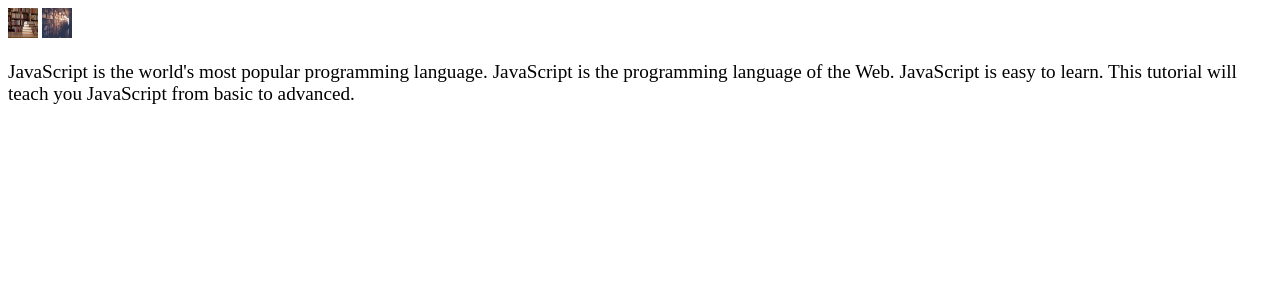
Repository: venkatesakki/JavaDeveloper
Page: javascript_example/src/main/webapp/dom_parsing.html
These files come from the project's save history. The page is drawn as it stood at one moment and after the next save; the edit follows.
The browser window is 1280 px wide. The pictures show the whole page.
After loading, the first visible `#increment` was clicked once.

Above is the page before, as saved 2022-06-28 12:19:27.

After the next save:
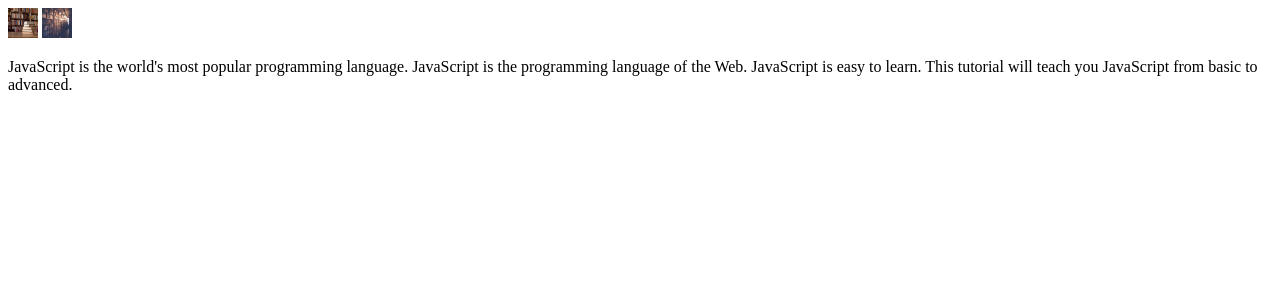
Console error: ReferenceError: font is not defined
Saved 87 s later.
--- a/javascript_example/src/main/webapp/scripts/domparsing.js
+++ b/javascript_example/src/main/webapp/scripts/domparsing.js
@@ -5,8 +5,9 @@
 
 	var para=document.getElementById("firstPara");
 
-	para.setAttribute("class","fontSizeUp");
-	//para.setAttribute("style","font-size:"+'10px');
+	//para.setAttribute("class","fontSizeUp");
+	para.setAttribute("style","font-size:"+font+'px');
+	font++;
 
 
 }

After the 2 saves that followed:
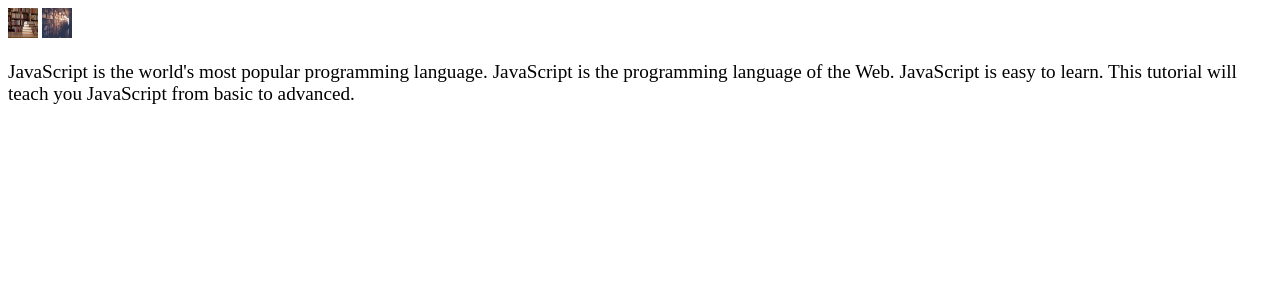
The error is gone.
The 2 saves are shown as one change because 1 left the picture as it was.
The last was saved 68 s later.
--- a/javascript_example/src/main/webapp/scripts/domparsing.js
+++ b/javascript_example/src/main/webapp/scripts/domparsing.js
@@ -1,12 +1,13 @@
 /**
  *
  */
+
 function incFontSize(){
 
 	var para=document.getElementById("firstPara");
-
+	var font=1.2;
 	//para.setAttribute("class","fontSizeUp");
-	para.setAttribute("style","font-size:"+font+'px');
+	para.setAttribute("style","font-size:"+font+'em');
 	font++;
 
 
